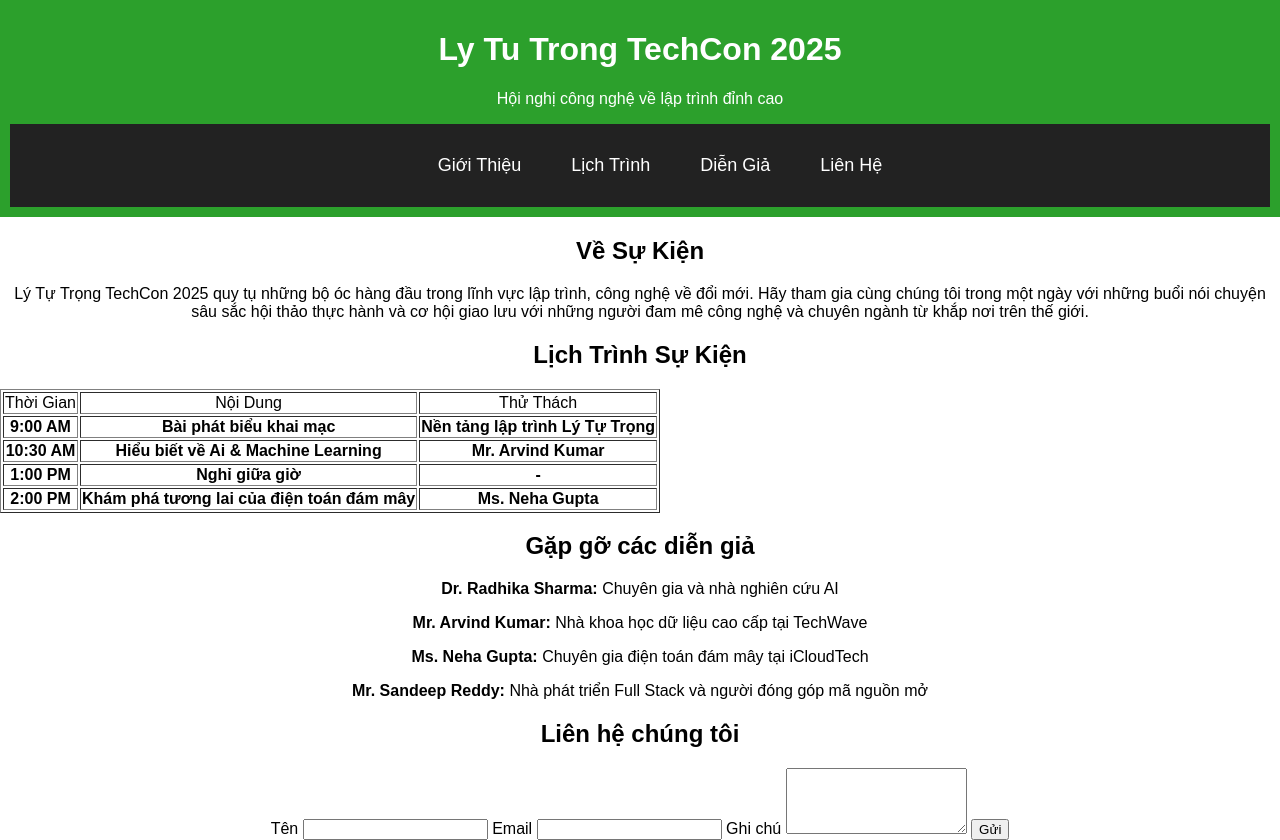
Repository: NhatMinh121/BaiTapVeNha1
Page: index.html
These files come from the project's save history. The page is drawn as it stood at one moment and after the next save; the edit follows.
The browser window is 1280 px wide. The pictures show the whole page.

Above is the page before, as saved 2025-03-28 22:52:17.

After the next save:
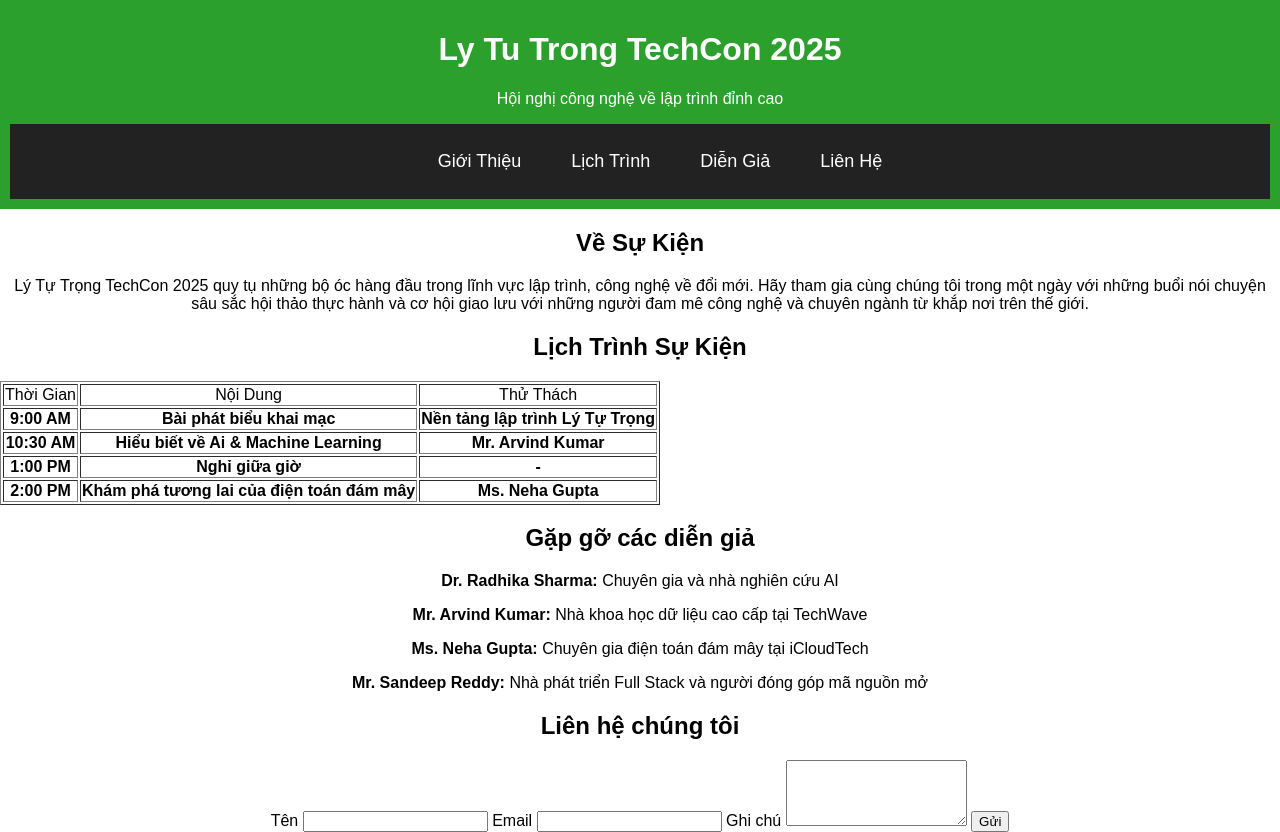
Saved 6 s later.
--- a/style.css
+++ b/style.css
@@ -15,7 +15,7 @@ header {
 
 .menu {
     background-color: #222;
-    padding: 5px 0;
+    padding: 1px 0;
 }
 
 .menu ul {
